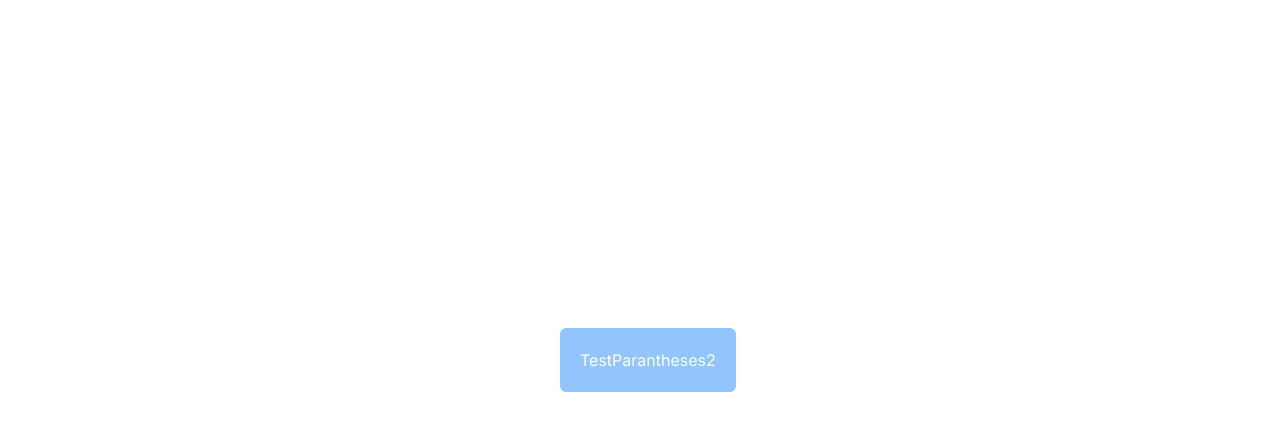
Repository: FrontendProjectsNL/next-auth-credentials-exercise
Page: /parantheses2
The author's editor kept a copy of each file at every save. The page is drawn from the files as they stood at one save, then again after the next save.
The browser window is 1280 px wide. The pictures show the whole page.
The project was rebuilt for these pictures with package versions that can differ from the ones it lists, and the page was loaded fresh each time. The framework's server and built-in components were replaced by stand-ins that run in the browser. Also part of the build but not shown: next.config.mjs.

Above is the page before, as saved 2024-07-13 13:43:45.

After the next save:
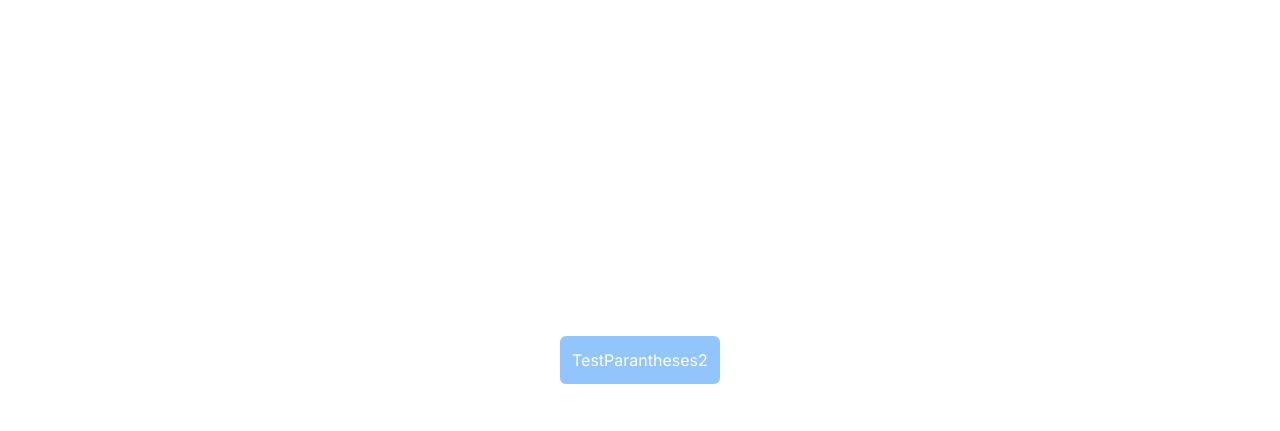
Saved 5 s later.
--- a/app/(test)/parantheses2/page.tsx
+++ b/app/(test)/parantheses2/page.tsx
@@ -14,7 +14,7 @@ const TestParantheses = () => {
       <div className="w-40">
         <button
           onClick={() => setVal((prev) => !prev)}
-          className=" bg-blue-300 text-white rounded-md p-5"
+          className=" bg-blue-300 text-white rounded-md p-3"
         >
           TestParantheses2
         </button>
